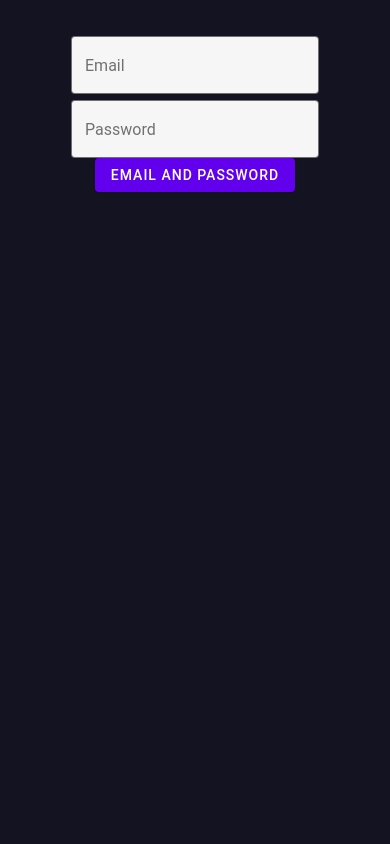
Repository: pascalgrim/GymTracker
Screen: /
The author's editor kept a copy of each file at every save. The screen is drawn from the files as they stood at one save, then again after the next save.
The app was drawn by React Native's web renderer in a window 390 px wide. The project was rebuilt for these pictures with package versions that can differ from the ones it lists, and the page was loaded fresh each time. Also part of the build but not shown: components/menuCard.js, components/Dashboard.js, firebase.js, context/AuthContext.js.

Above is the screen before, as saved 2021-11-05 19:56:53.

### App.js
import { StatusBar } from "expo-status-bar";
import React from "react";
import {
  Button,
  StyleSheet,
  Text,
  View,
  TouchableOpacity,
  Image,
  SafeAreaView,
} from "react-native";
import MenuCard from "./components/menuCard";

// LOGOS
import mainLogo from "./imgs/mainLogo.png";
import SettingsIcon from "./imgs/mainSettings.png";

// ICONS FOR CARDS
import IconSessions from "./imgs/schreibe-brief.png";
import Dashboard from "./components/Dashboard";
import Signup from "./components/Signup";

export default function App() {
  return (
    <View style={styles.container}>
      {/* <Dashboard/> */}
      <Signup/>

      <StatusBar style="auto" />
    </View>
  );
}

const styles = StyleSheet.create({
  container: {
    flex: 1,
    backgroundColor: "#131321",
    paddingLeft: 20,
    paddingRight: 20,
    paddingTop: 30,
    paddingBottom: 20,
  },
});

### components/Signup.js
import React from 'react'
import {Card, Button,TextInput,Appbar} from 'react-native-paper';
import { View,StyleSheet } from 'react-native';
import { useRef ,useState} from 'react'
import { Link,Route,BrowserRouter as Router,Routes } from 'react-router-dom';
// import Button from '@mui/material/Button';
import {useAuth} from "../context/AuthContext"

export default function Signup() {
    const emailRef = useRef()
    const passwordRef = useRef()
    const passwordConfirmRef = useRef()
    const signup = useAuth()
    const [error,setError] = useState("")
    const [loading,setLoading] = useState(false)

    async function handleSubmit(e){
        e.preventDefault()
        console.log((passwordRef.current.value).length)

        if (passwordRef.current.value !== passwordConfirmRef.current.value){
            return setError("Passwords do not match.")
        }
        else if ((passwordRef.current.value).length < 6){
            return setError("Passwords must have at least 6 characters.")
        }
        try{
            setError("")
            setLoading(true)
            await signup(emailRef.current.value,passwordRef.current.value)
            history.push("/")
        }catch{
            setError("Failed to create an Account.")
        }
        setLoading(false)


    }
    return (
        <View style={styles.container}>
        <TextInput label="Email" mode="outlined"/>
        <TextInput label="Password" mode="outlined" secureTextEntry={true}/>
        <Button dark={true} mode="contained" onPress={handleSubmit}>
            Email And Password
            </Button>
        </View>

    )
}

const styles = StyleSheet.create({
    container: {
        justifyContent:"center",
        alignItems:"center",


    },
  });

After the next save:
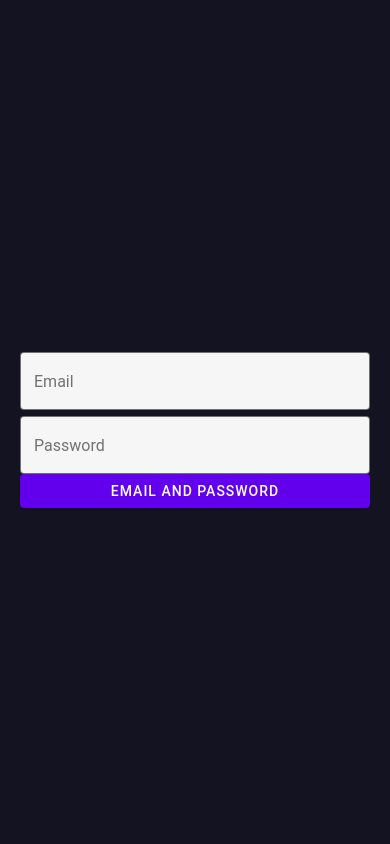
Saved 11 s later.
--- a/components/Signup.js
+++ b/components/Signup.js
@@ -50,8 +50,8 @@ export default function Signup() {
 
 const styles = StyleSheet.create({
     container: {
+        flex:1,
         justifyContent:"center",
-        alignItems:"center",
 
 
     },
